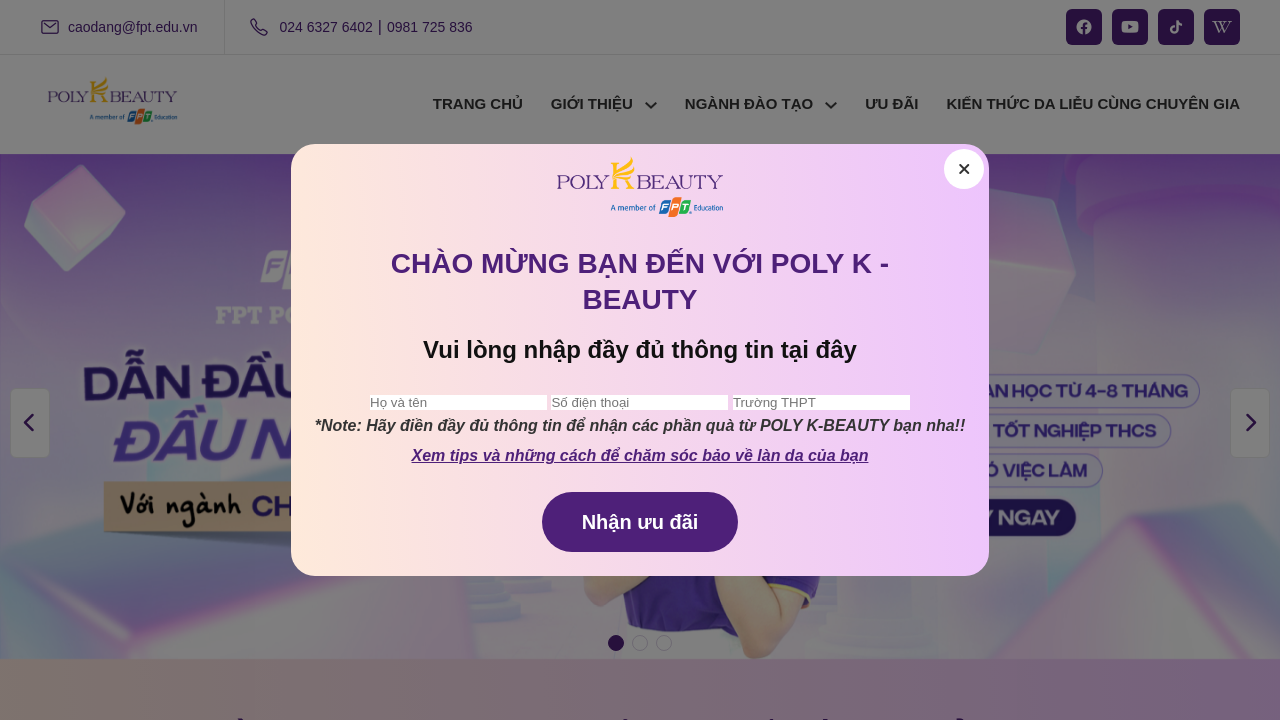
Repository: dinhtri123/k_beauty
Page: test.html
An editor plug-in stored every save of this project. The page is shown before and after the next save, followed by the edit.
The browser window is 1280 px wide. The pictures show the window.
A layer covers the whole window, so only the first screen is drawn. Some web fonts or font styles are not loaded; a fallback is used.

Above is the page before, as saved 2024-12-26 09:14:48.

After the next save:
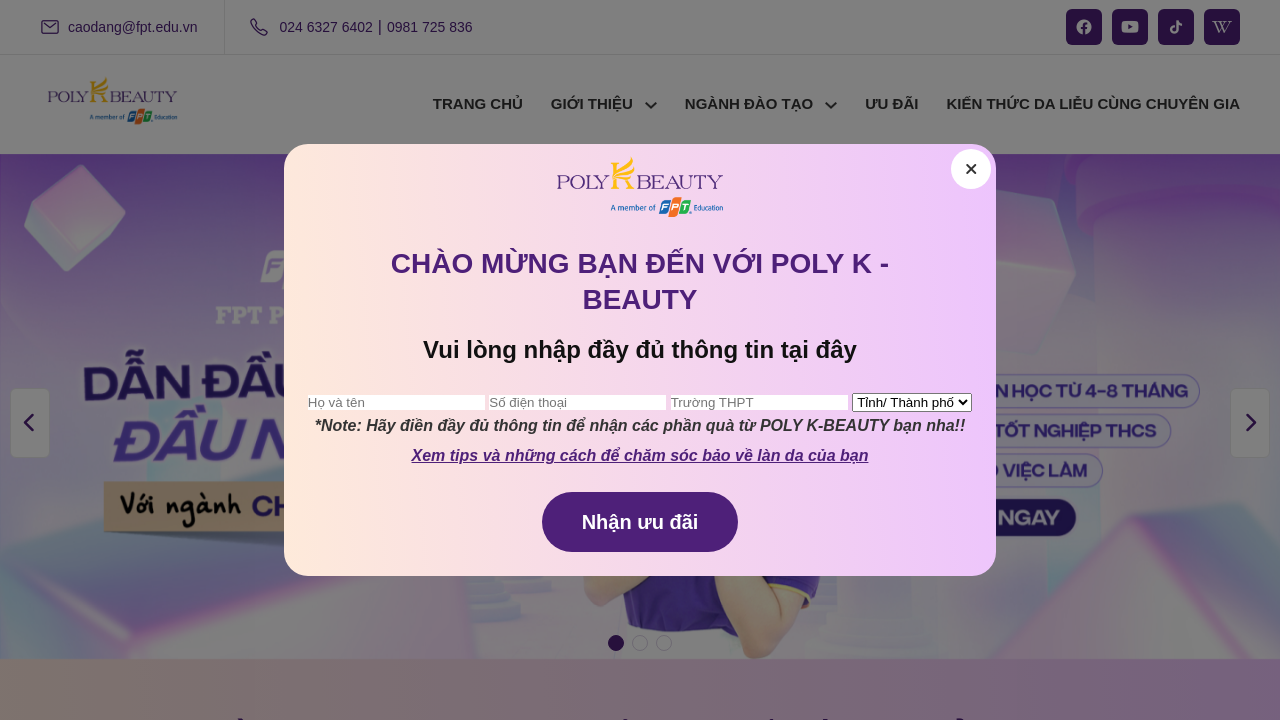
Saved 39 s later.
--- a/test.html
+++ b/test.html
@@ -526,6 +526,9 @@
         <input type="text" name="name" id="name" placeholder="Họ và tên">
         <input type="tel" name="phone" id="phone" placeholder="Số điện thoại">
         <input type="text" name="school" id="school" placeholder="Trường THPT">
+        <select>
+          <option value="" selected>Tỉnh/ Thành phố</option>
+        </select>
       </form>
       <i>*Note: Hãy điền đầy đủ thông tin để nhận các phần quà từ POLY K-BEAUTY bạn nha!!</i>
       <a href="#" class="popup-link">Xem tips và những cách để chăm sóc bảo về làn da của bạn</a>
